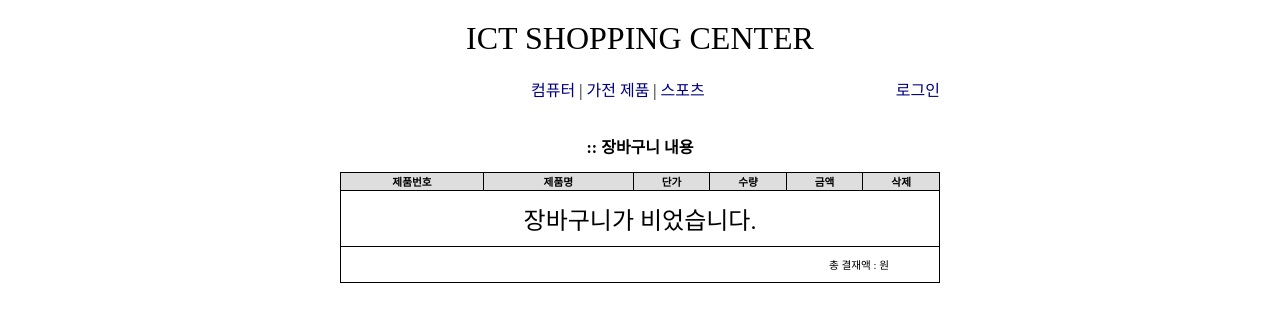
Repository: xlz5000/ICT
Page: http://localhost/spring_mvc02/WEB-INF/views/day08/cartList.jsp
These files come from the project's save history. The page is drawn as it stood at one moment and after the next save; the edit follows.
The browser window is 1280 px wide. The pictures show the whole page.
The page is served by Tomcat 9. Nobody is signed in. The template is opened directly, without the code that normally fills it, so the values that code supplies are empty.

Above is the page before, as saved 2025-04-17 05:53:29.

After the next save:
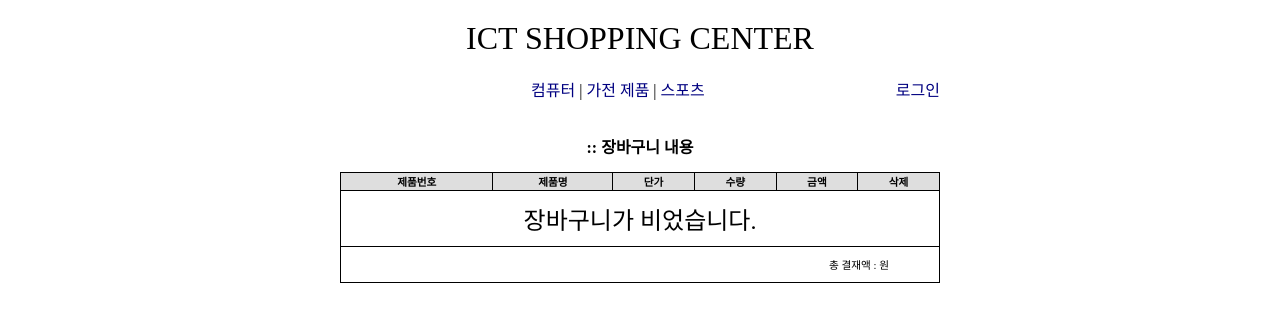
Saved 4 min 28 s later.
--- a/spring_mvc02/src/main/webapp/WEB-INF/views/day08/cartList.jsp
+++ b/spring_mvc02/src/main/webapp/WEB-INF/views/day08/cartList.jsp
@@ -36,7 +36,7 @@ padding: 10px 50px;
 		<thead>
 		<tr bgcolor="#dedede">
 			<th>제품번호</th>
-			<th width="25%">제품명</th>
+			<th width="20%">제품명</th>
 			<th>단가</th>
 			<th>수량</th>
 			<th>금액</th>
